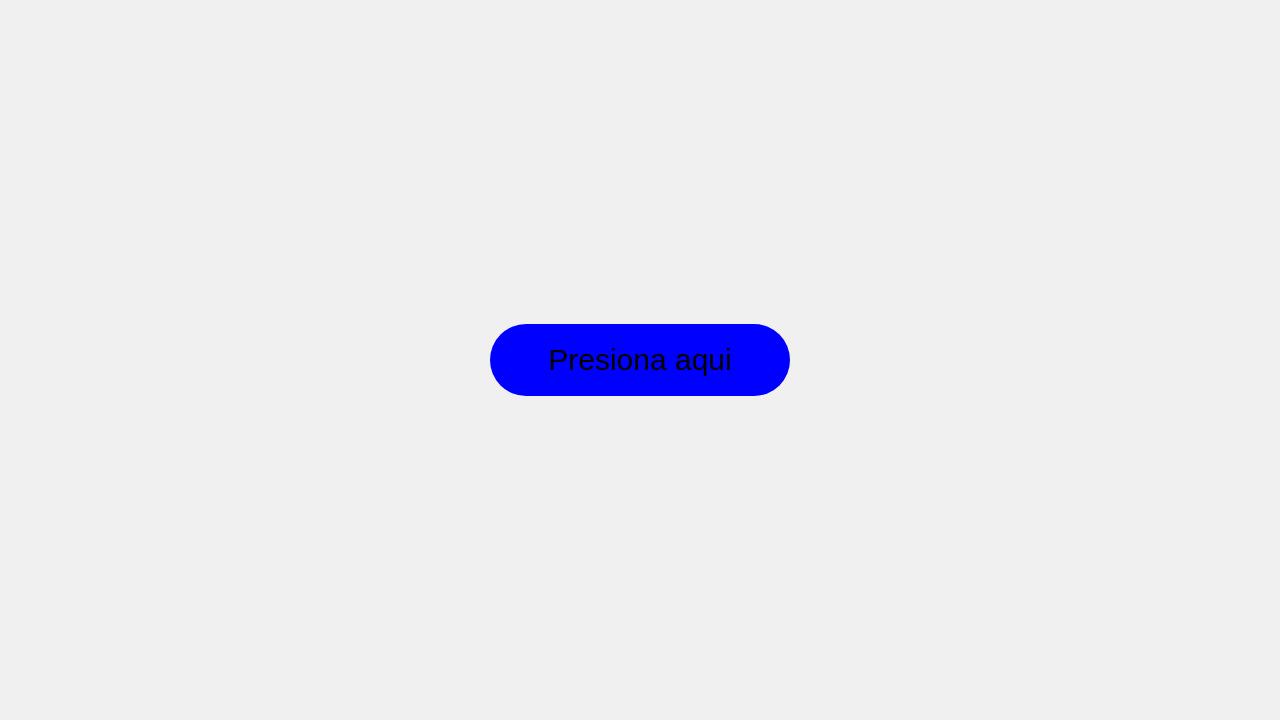
Repository: ye909/secreto
Page: inicio.html
The author's editor kept a copy of each file at every save. The page is drawn from the files as they stood at one save, then again after the next save.
The browser window is 1280 px wide. The pictures show the whole page.

Above is the page before, as saved 2025-02-20 21:41:29.

### inicio.html
<!DOCTYPE html>
<html>
<head>
<title>Amigo Secreto 3D</title>
<link rel="stylesheet" href="inicio.css">
</head>
<body>

          <div class="container">
            <h1 id="message">¡Bienvenido al Juego del Amigo Secreto!</h1>
        </div>
    <button id="btn"><a href="">Presiona aqui</a></button>

  <script src="inicio.js"></script>
</body>
</html>

### inicio.css
body, html {
    height: 100%;
    margin: 0;
    display: flex;
    justify-content: center;
    align-items: center;
    background-color: #f0f0f0;
    font-family: Arial, sans-serif;
}

.container {
    text-align: center;
}

#message {
    font-size: 2em;
    color: #333;
    opacity: 0;
    transform: translateY(-20px);
    animation: fadeIn 1s ease-out forwards;
}

@keyframes fadeIn {
    to {
        opacity: 1;
        transform: translateY(0);
    }
}
a{
    text-decoration: none;
    list-style: none;
    color:black;
}
#btn{
    display: none;
    width: 300px;
    height: 10vh;
    background: rgb(97, 97, 205);
    border-radius: 60px;
    font-size: 30px;
    border:none;
    background: blue;
}
#btn:hover{
    background: transparent;
    box-shadow: rgb(2, 2, 170) 4px 3px 4px 3px ,rgb(2, 2, 170) 4px 3px 4px 3px ,rgb(2, 2, 170) 4px 3px 4px 3px ;

}

### inicio.js
// script.js
document.addEventListener('DOMContentLoaded', function() {
    setTimeout(function() {
        document.getElementById('message').style.display = 'none';

    }, 3000);

    setTimeout(function() {
        document.getElementById('message').style.display = 'none';
        document.getElementById('btn').style.display = 'inline';
    }, 3400);
});

After the next save:
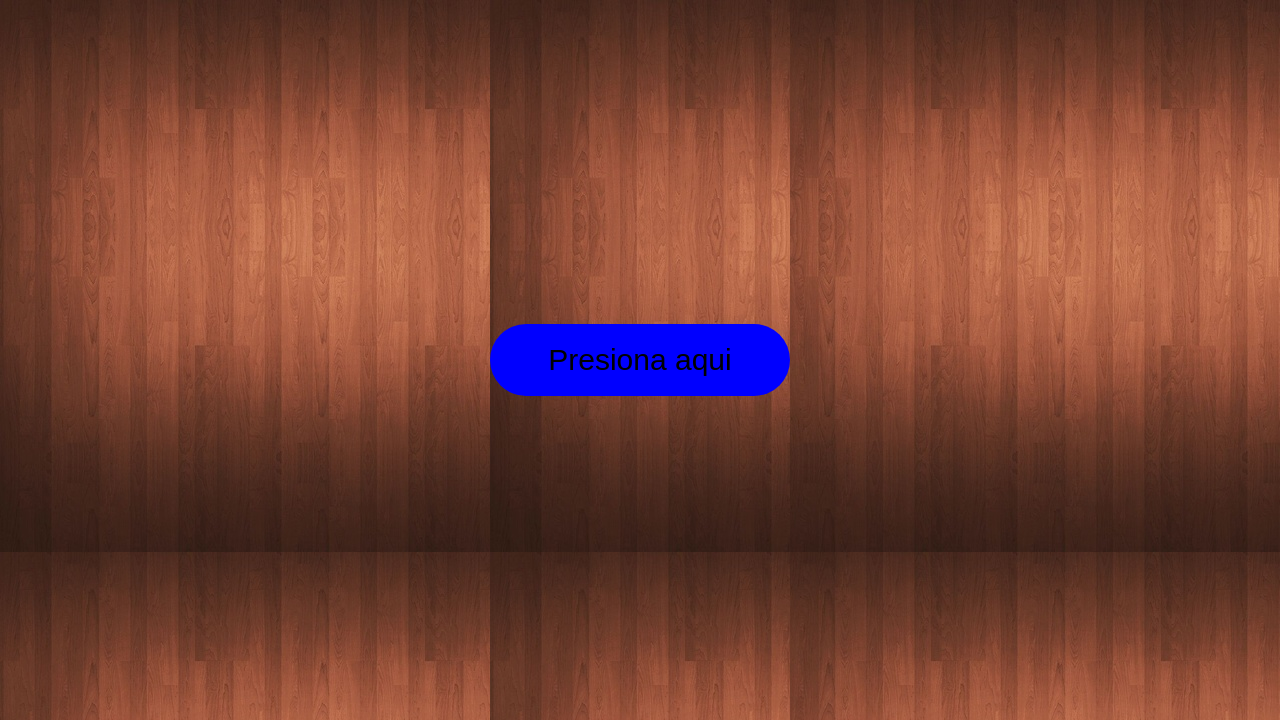
Saved 35 min 39 s later.
--- a/inicio.css
+++ b/inicio.css
@@ -4,7 +4,7 @@ body, html {
     display: flex;
     justify-content: center;
     align-items: center;
-    background-color: #f0f0f0;
+    background-image:url(./imagenes/fondocard.jpg);
     font-family: Arial, sans-serif;
 }
 
